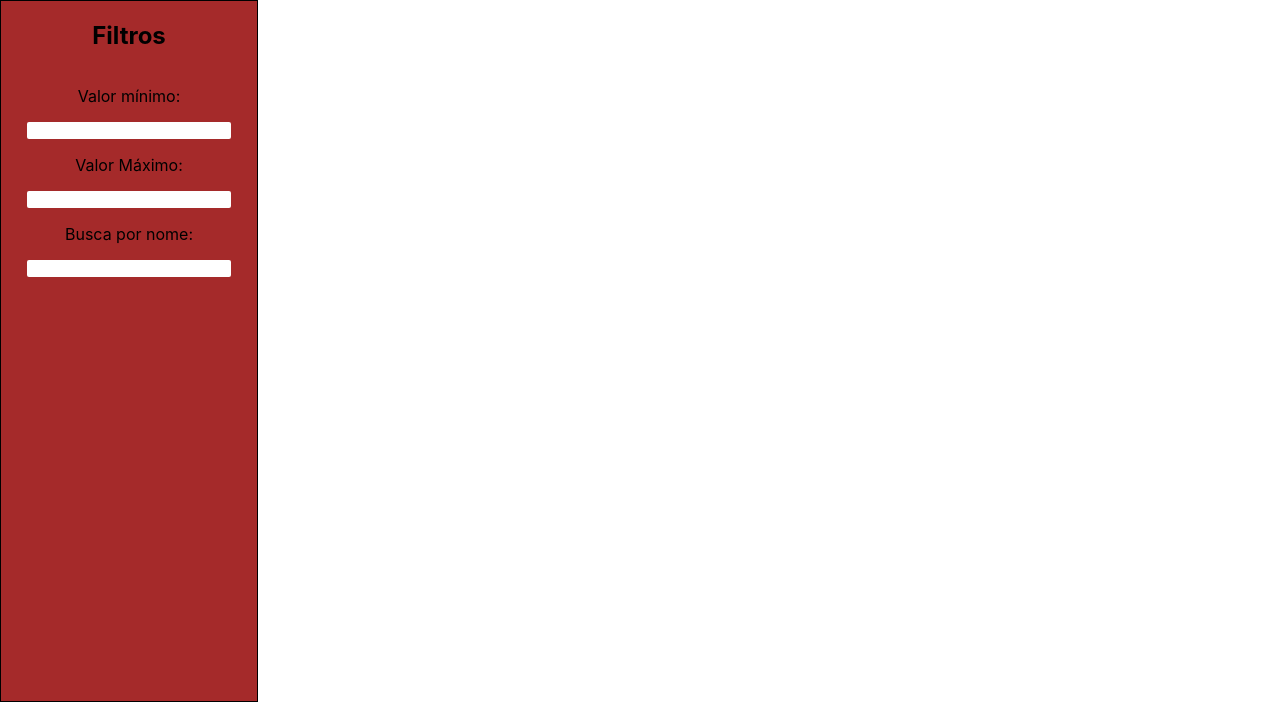
Repository: future4code/Shaw-labe-commerce9
Page: /
These files come from the project's save history. The page is drawn as it stood at one moment and after the next save; the edit follows.
The browser window is 1280 px wide. The pictures show the whole page.
The project was rebuilt for these pictures with package versions that can differ from the ones it lists, and the page was loaded fresh each time. Also part of the build but not shown: src/App.css.

Above is the page before, as saved 2022-03-30 16:40:33.

After the next save:
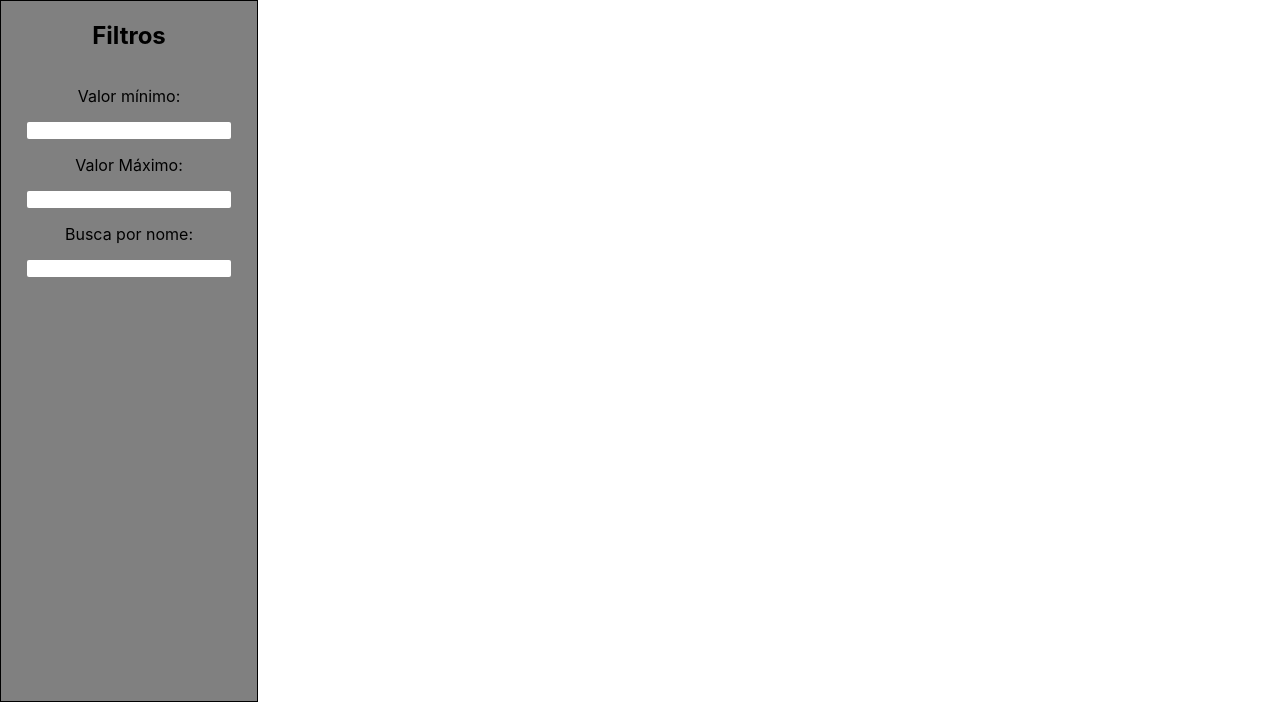
Saved 23 s later.
--- a/src/components/filtro.jsx
+++ b/src/components/filtro.jsx
@@ -3,7 +3,7 @@ import styled from "styled-components";
 
 
 const ContainerFiltro =styled.div`
-background-color: brown;
+background-color: grey;
 display: flex;
 flex-direction: column;
 justify-content: flex-start;
